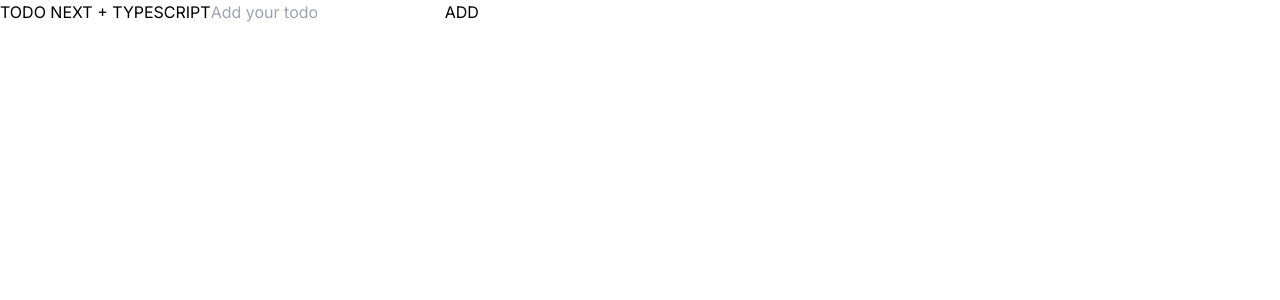
Repository: mehh000/next-ts-todo
Page: /
The author's editor kept a copy of each file at every save. The page is drawn from the files as they stood at one save, then again after a run of saves.
The browser window is 1280 px wide. The pictures show the whole page.
The project was rebuilt for these pictures with package versions that can differ from the ones it lists, and the page was loaded fresh each time. The framework's server and built-in components were replaced by stand-ins that run in the browser. Also part of the build but not shown: next.config.mjs.

Above is the page before, as saved 2024-06-15 19:45:36.

After the next 6 saves:
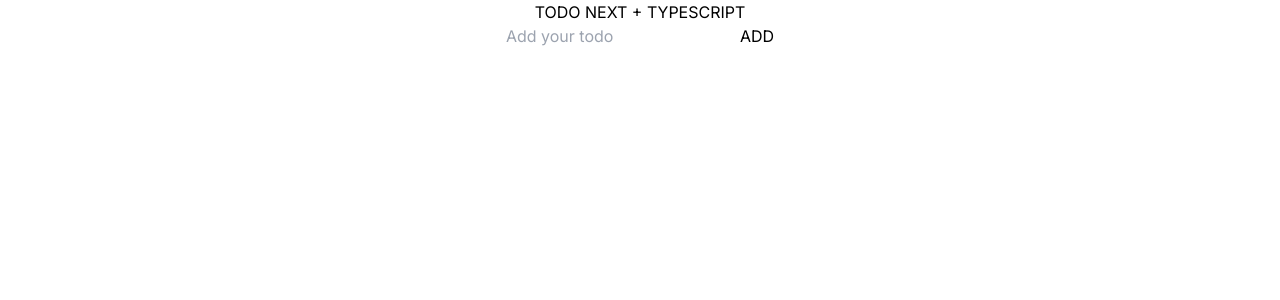
The 6 saves are shown as one change because they came seconds apart.
The last was saved 16 s later.
--- a/src/app/page.tsx
+++ b/src/app/page.tsx
@@ -4,7 +4,7 @@ import React from "react";
 
 const Page = () => {
   return (
-    <main className="flex ali" >
+    <main className="flex items-center flex-col" >
       <h2 className="">TODO NEXT + TYPESCRIPT</h2>
       <AddTODO />
       <TODOS />
